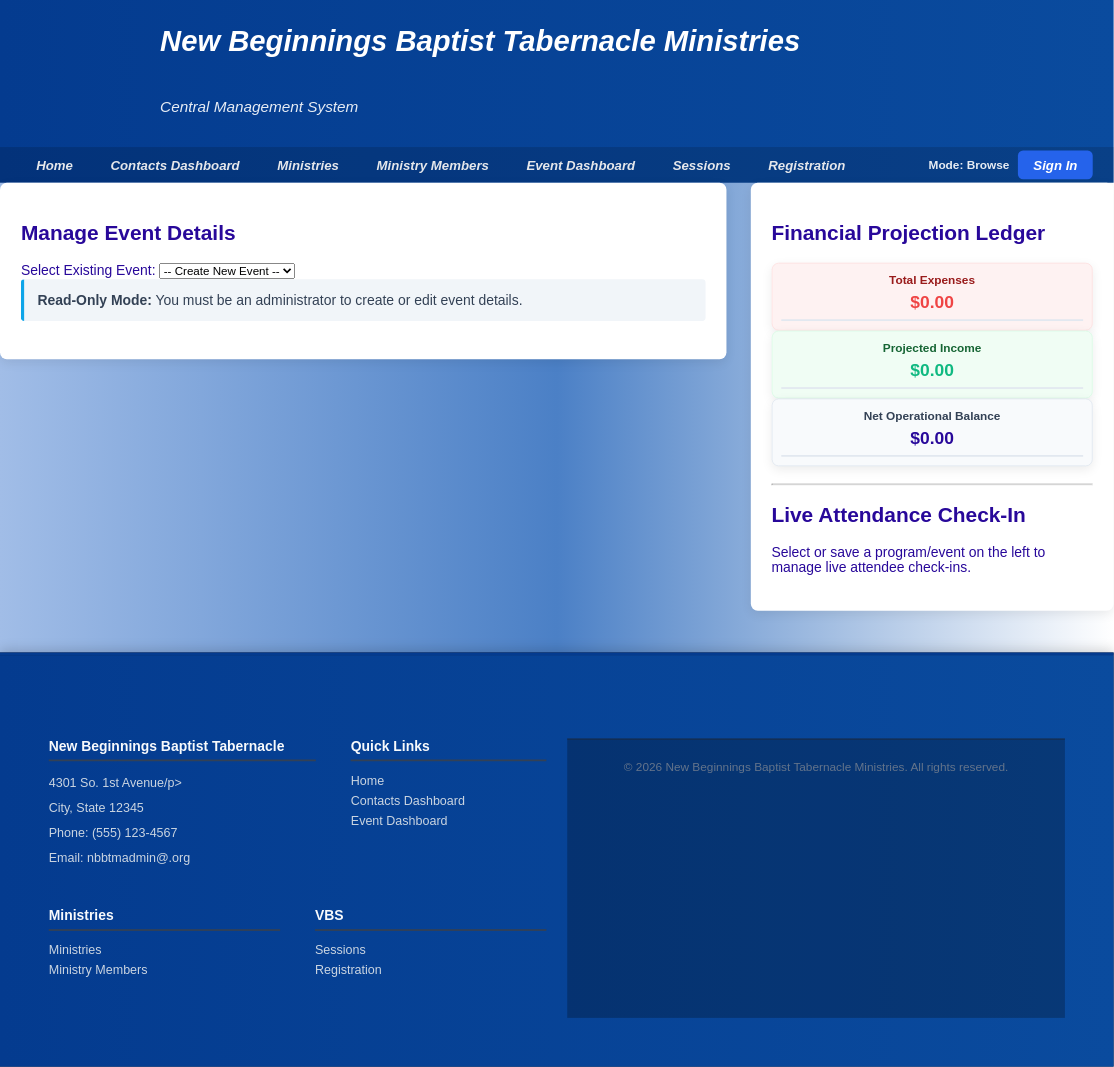
Repository: scherron56/nbbtm-central-cms
Page: http://localhost/events.php
These files come from the project's save history. The page is drawn as it stood at one moment and after the next save; the edit follows.
The browser window is 1280 px wide. The pictures show the whole page, at 87% of full size.
Some web fonts or font styles are not loaded; a fallback is used. The page is run by PHP 8.4 with error messages shown; the project is at /var/www/html/. Queries for data that is not in the repository find no rows.

Above is the page before, as saved 2026-08-19 11:37:45.

After the next save:
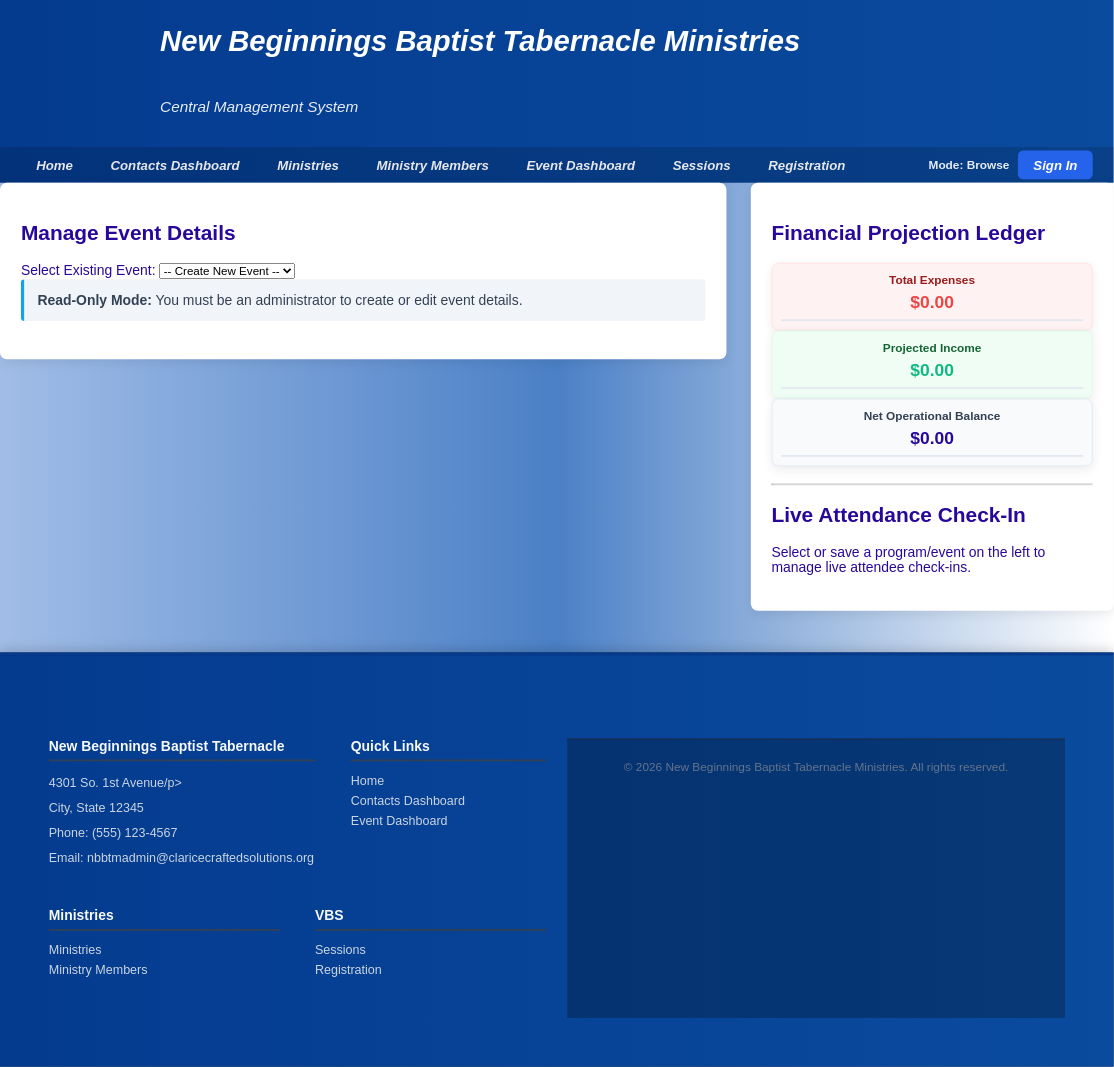
Saved 8 s later.
--- a/include/footer.php
+++ b/include/footer.php
@@ -18,7 +18,7 @@ $currentYear = date('Y');
           <p>4301 So. 1st Avenue/p>
           <p>City, State 12345</p>
           <p>Phone: (555) 123-4567</p>
-          <p>Email: nbbtmadmin@.org</p>
+          <p>Email: nbbtmadmin@claricecraftedsolutions.org</p>
         </address>
       </div>
 
